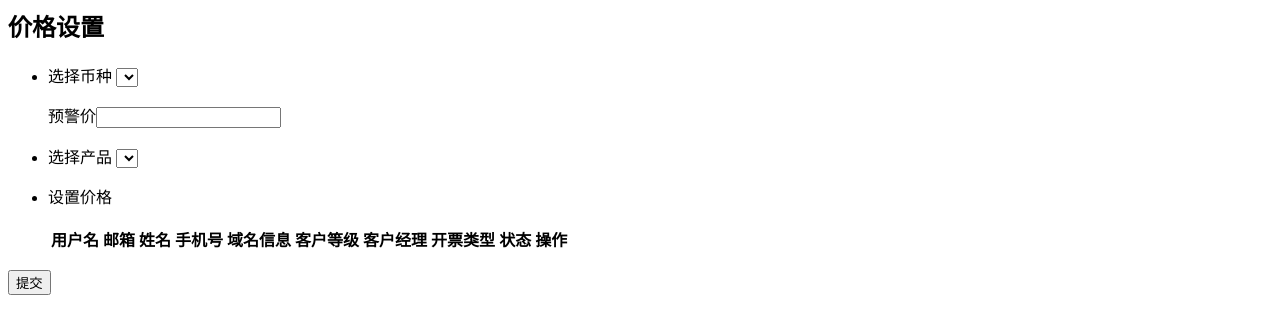
Repository: wangyan466393/racentSystem
Page: priceSetting.html
The author's editor kept a copy of each file at every save. The page is drawn from the files as they stood at one save, then again after a run of saves.
The browser window is 1280 px wide. The pictures show the whole page.

Above is the page before, as saved 2020-08-13 10:17:57.

### priceSetting.html
<div id="content_box">
    <h2>价格设置</h2>
<div class="config_box">
    <div class="price_content">
        <ul>
            <li>
                <p>
                    <span>选择币种</span>
                    <select name="" id="" class="config_inp">
                        <option value=""></option>
                    </select>
                </p>
                <p>
                    <span>预警价</span><input type="text" class="config_inp">
                </p>
            </li>
            <li>
                <p>
                    <span>选择产品</span>
                    <select name="" id="" class="config_inp">
                        <option value=""></option>
                    </select>
                </p>
            </li>

            <li>
               <p> <span>设置价格</span></p>
               <div class="">
                <table id="price_tabledata" >
                    <thead>
                        <tr>
                            <th>用户名</th>
                            <th>邮箱</th>
                            <th>姓名</th>
                            <th>手机号</th>
                            <th>域名信息</th>
                            <th>客户等级</th>
                            <th>客户经理</th>
                            <th>开票类型</th>
                            <th>状态</th>
                            <th>操作</th>
                        </tr>
                    </thead>
                    <tbody>

                    </tbody>
                </table>
                </div>
            </li>

        </ul>
    </div>
</div>
</div>
<div class="email_back_btn">
    <button type="button">提交</button>
</div>

<script src="js/jquery-1.11.3.js"></script>
<script>
    getProductListsData();
    function getProductListsData() {
        var tableInfo = ""
        for (var i = 0; i < 15; i++) {    //遍历Table的所有Row
            tableInfo += `
            <li>
                <input type="checkbox"><label for="">PositiveSSL DV多域名SSL证书</label>
            </li>
            `
        }
        $(".right_content .intro").append(tableInfo)
    }
</script>

Loaded but not shown: js/jquery-1.11.3.js (library)

After the next 2 saves:
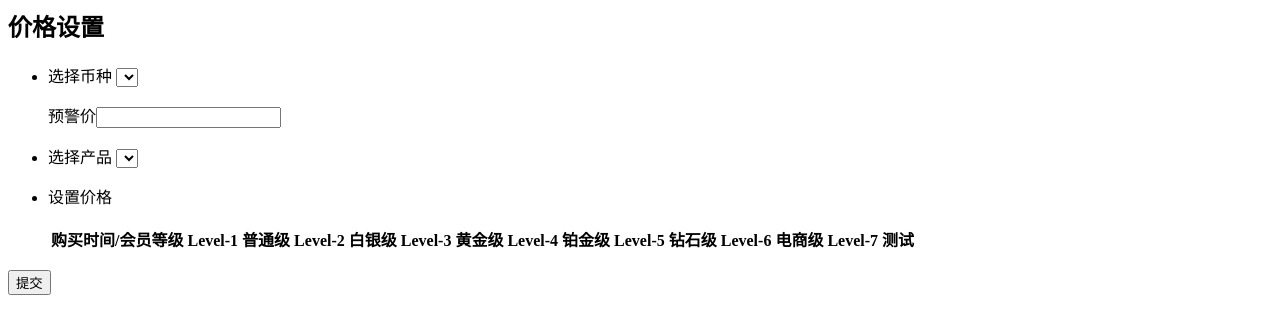
The 2 saves are shown as one change because they came seconds apart.
The last was saved 62 s later.
--- a/priceSetting.html
+++ b/priceSetting.html
@@ -29,16 +29,14 @@
                 <table id="price_tabledata" >
                     <thead>
                         <tr>
-                            <th>用户名</th>
-                            <th>邮箱</th>
-                            <th>姓名</th>
-                            <th>手机号</th>
-                            <th>域名信息</th>
-                            <th>客户等级</th>
-                            <th>客户经理</th>
-                            <th>开票类型</th>
-                            <th>状态</th>
-                            <th>操作</th>
+                            <th>购买时间/会员等级</th>
+                            <th>Level-1 普通级</th>
+                            <th>Level-2 白银级</th>
+                            <th>Level-3 黄金级</th>
+                            <th>Level-4 铂金级</th>
+                            <th>Level-5 钻石级</th>
+                            <th>Level-6 电商级</th>
+                            <th>Level-7 测试</th>
                         </tr>
                     </thead>
                     <tbody>
